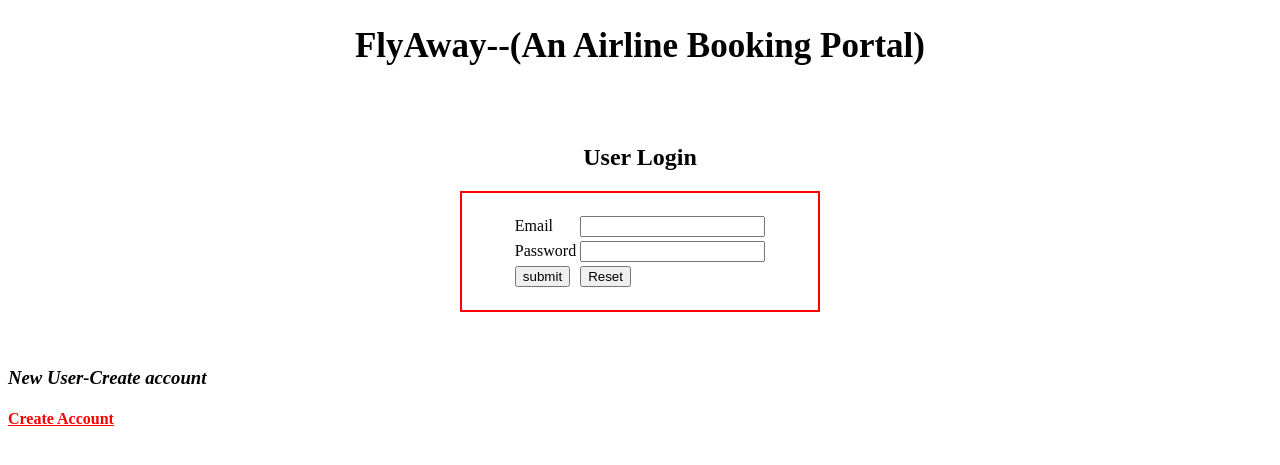
Repository: Vishu4401/FlyAway-An-Airline-Booking-Portal-
Page: http://localhost/FlyAway-An-Airline-Booking-Portal/UserScreen.jsp
The author's editor kept a copy of each file at every save. The page is drawn from the files as they stood at one save, then again after the next save.
The browser window is 1280 px wide. The pictures show the whole page.
The page is served by Tomcat 9. Other server files are loaded and not shown.

Above is the page before, as saved 2022-08-22 05:24:23.

### FlyAway-An-Airline-Booking-Portal/src/main/webapp/UserScreen.jsp
<%@ page language="java" contentType="text/html; charset=ISO-8859-1"
    pageEncoding="ISO-8859-1"%>
<!DOCTYPE html>
<html>
<head>
<meta charset="ISO-8859-1">
<title>LogIn</title>
</head>
<body >
<br>
<a href="HomeScreen.jsp" style="color:black;text-decoration:none ;font-size:35px;font-weight:bold;"><center>FlyAway--(An Airline Booking Portal)</center></a>
<br><br>
<center>
<h2>User Login</h2>
<div style="border:2px solid red;width:25%;padding:20px" align="center">
<form action="UserLogin" method=post >
    <table >
    <tr>
    <td><label for=email>Email</label><br></td>
    <td><input type="email" name=email id=email required /></td>
    </tr>
    <tr>
    <td><label for=pass>Password</label><br></td>
    <td><input type="password" name=password id=pass required/></td>
    </tr>

    <tr>
    <td><input type=submit value=submit /></td>
    <td><input type=reset /></td>
    </tr>
    </table>

</form>
</div>
</center>
<br><br>
<i><b><h3>New User-Create account</h3></b></i>
<h4><a href="UserRegistration.jsp" style="font-size:25;color:red;">Create Account</a></h4>

<%
	String message=(String)session.getAttribute("message");
	if(message!=null){
%>
<p style="color:silver;"><%=message %></p>
<%
		session.setAttribute("message", null);
	}
%>
</body>
</html>

After the next save:
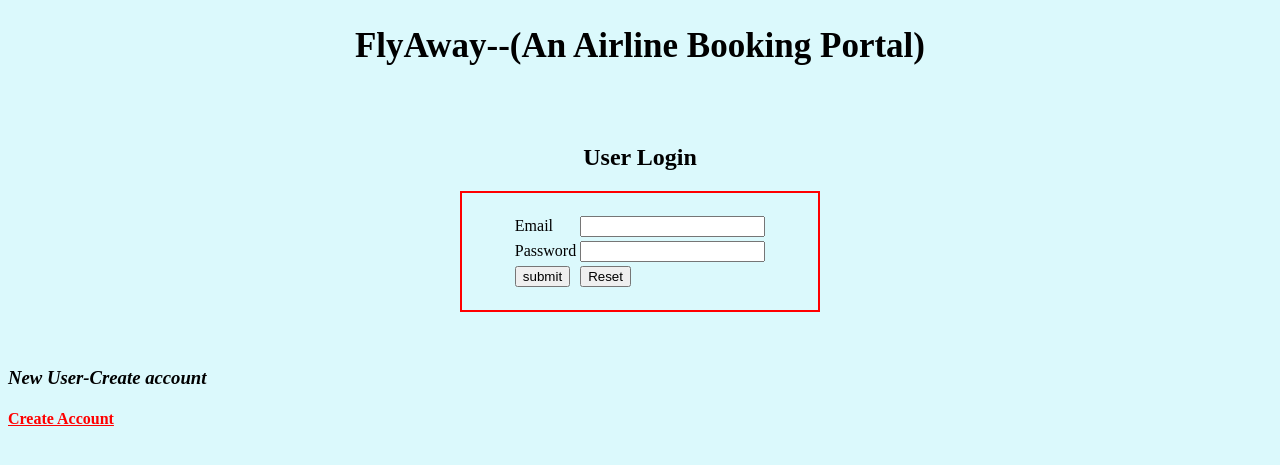
Saved 4 min 28 s later.
--- a/FlyAway-An-Airline-Booking-Portal/src/main/webapp/UserScreen.jsp
+++ b/FlyAway-An-Airline-Booking-Portal/src/main/webapp/UserScreen.jsp
@@ -5,6 +5,11 @@
 <head>
 <meta charset="ISO-8859-1">
 <title>LogIn</title>
+<style>
+body {
+background-color: #DBF9FC;
+}
+</style>
 </head>
 <body >
 <br>
@@ -13,7 +18,7 @@
 <center>
 <h2>User Login</h2>
 <div style="border:2px solid red;width:25%;padding:20px" align="center">
-<form action="UserLogin" method=post >
+<form action="HomeScreen.jsp" method=post >
     <table >
     <tr>
     <td><label for=email>Email</label><br></td>
